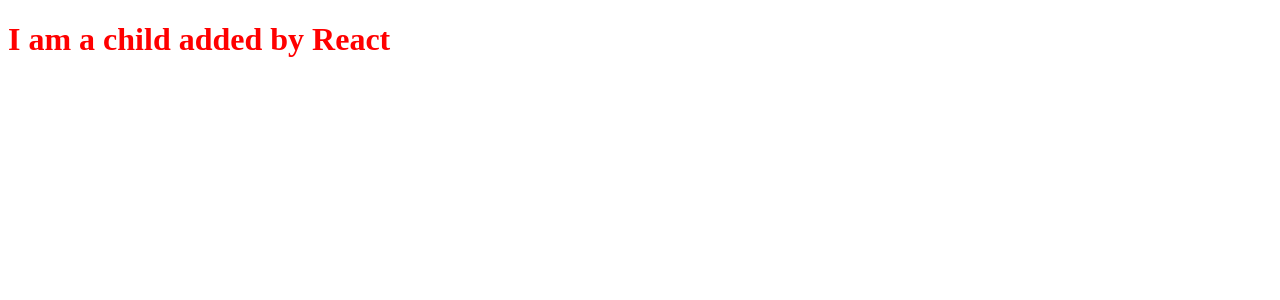
Repository: Himakaretggs/learn-react
Page: index.html
An editor plug-in stored every save of this project. The page is shown before and after the next save, followed by the edit.
The browser window is 1280 px wide. The pictures show the whole page.

Above is the page before, as saved 2023-09-02 21:34:25.

### index.html
<!DOCTYPE html>
<html lang="en">
<head>
    <meta charset="UTF-8">
    <meta name="viewport" content="width=device-width, initial-scale=1.0">
    <title>Nameste React</title>
    <link rel="stylesheet" href="./index.css">
</head>
<body>
    <div id="root"></div>

    <script crossorigin src="https://unpkg.com/react@18/umd/react.development.js"></script>
    <script crossorigin src="https://unpkg.com/react-dom@18/umd/react-dom.development.js"></script>
    <script src="./App.js"></script>
</body>
</html>

### App.js
var heading = React.createElement(
    "div",
    {id: "parent"},
    React.createElement(
        'div',
        {id: "child"},
        React.createElement(
            'h1',
            {id: 'element'},
            "I am a child added by React"
        )
    )
);

var root = ReactDOM.createRoot(document.getElementById("root"));

root.render(heading);

Loaded but not shown: index.css (common file)

After the next save:
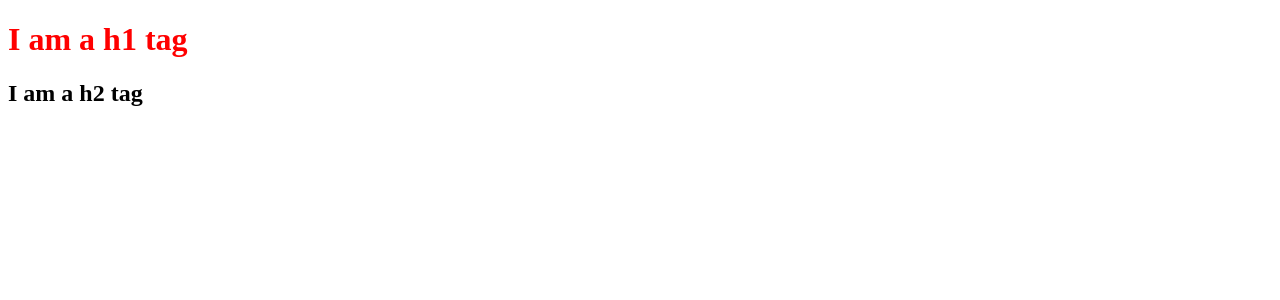
Saved 5 min 31 s later.
--- a/App.js
+++ b/App.js
@@ -4,11 +4,18 @@
     React.createElement(
         'div',
         {id: "child"},
-        React.createElement(
+        [
+            React.createElement(
             'h1',
             {id: 'element'},
-            "I am a child added by React"
-        )
+            "I am a h1 tag"
+            ),
+            React.createElement(
+                'h2',
+                {id: 'element'},
+                "I am a h2 tag"
+            )
+        ]
     )
 );
 
